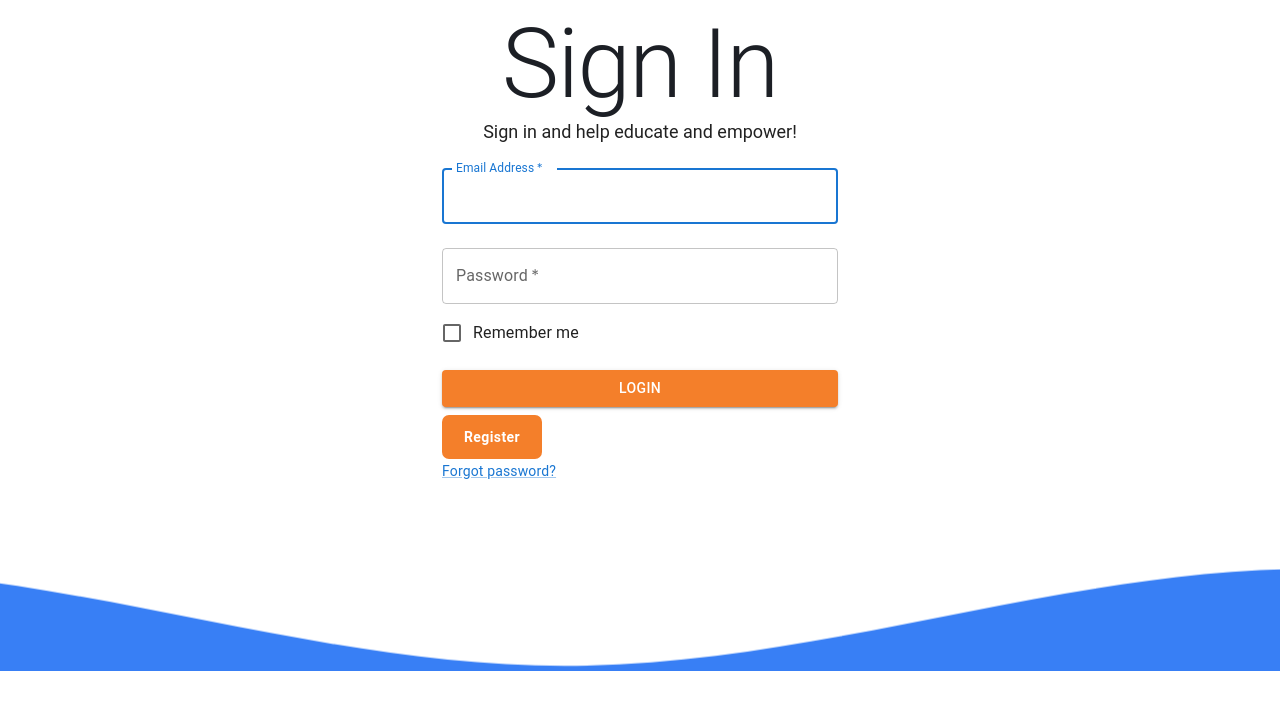
Repository: shubhampirate/Google_Solutions_Edural
Page: /dashboard
These files come from the project's save history. The page is drawn as it stood at one moment and after the next save; the edit follows.
The browser window is 1280 px wide. The pictures show the whole page.
The project was rebuilt for these pictures with package versions that can differ from the ones it lists, and the page was loaded fresh each time. Some packages were replaced by stand-ins written for this rebuild. Also part of the build but not shown: src/Components/Navbar.jsx, src/Components/Footer.jsx, src/Components/CongratsCard.jsx, src/pages/Hero/Hero.jsx.

Above is the page before, as saved 2024-02-02 20:50:39.

After the next save:
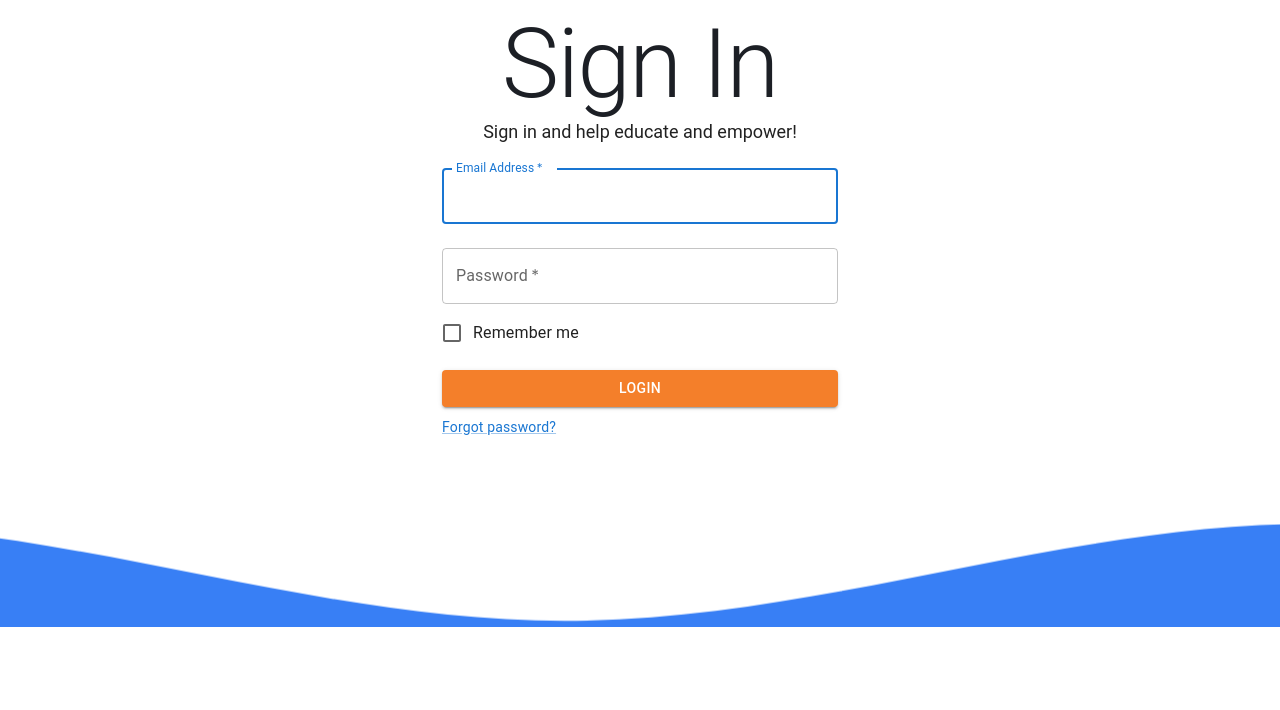
Saved 38 s later.
--- a/src/pages/Sign_in.jsx
+++ b/src/pages/Sign_in.jsx
@@ -225,21 +225,14 @@ export default function SignIn() {
                 color: "#fff", // Text color on hover
                 // borderColor: "#F47F2A", //
               '&:hover': {
-                backgroundColor: "#F47F2A", // Background color on hover
-                color: "#fff", // Text color on hover
+                backgroundColor: "#fff", // Background color on hover
+                color: "#F47F2A", // Text color on hover
                 borderColor: "#F47F2A", // Outline color on hover
               },
             }}
           >
             Login
           </Button>
-          <CustomButton
-            type="submit"
-            backgroundColor="#F47F2A"
-            color="#fff"
-            buttonText="Register"
-            heroBtn={true}
-          />
           <Grid container>
             <Grid item xs>
               <Link href="#" variant="body2">
